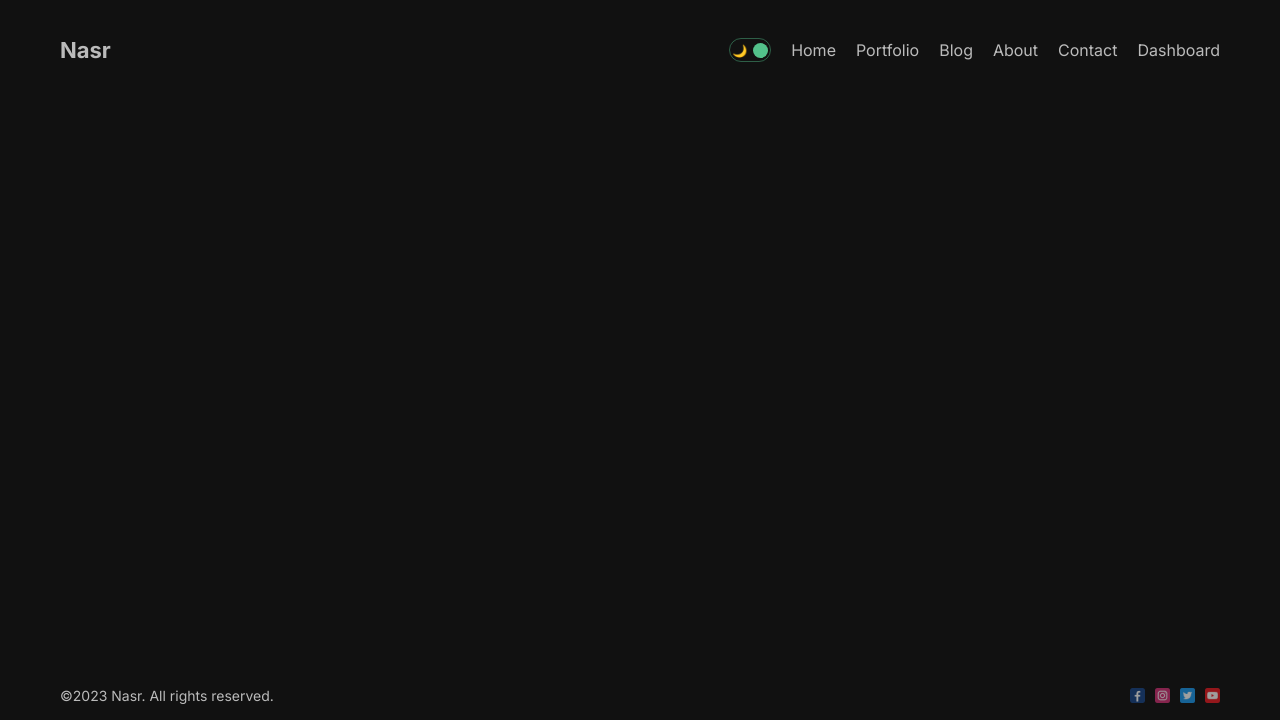
Repository: MoNasr2022/Nast-Blog
Page: /contact
The author's editor kept a copy of each file at every save. The page is drawn from the files as they stood at one save, then again after the next save.
The browser window is 1280 px wide. The pictures show the whole page.
The page's requests for data from a server got no answer. The project was rebuilt for these pictures with package versions that can differ from the ones it lists, and the page was loaded fresh each time. The framework's server and built-in components were replaced by stand-ins that run in the browser. No one was signed in, and anything a server would have sent is missing. Also part of the build but not shown: next.config.js, src/app/contact/page.module.css, src/components/Button/button.module.css, src/components/Button/Button.jsx.

Above is the page before, as saved 2023-06-15 13:49:04.

### src/app/layout.js
import Navbar from "@/components/navbar/Navbar";
import "./globals.css";
import { Inter, Roboto, Poppins } from "next/font/google";
import Footer from "@/components/footer/Footer";
import { ThemeProvider } from "@/context/ThemeContext";
import AuthProvider from "@/components/AuthProvider/AuthProvider";

const inter = Inter({ subsets: ["latin"] });

export const metadata = {
  title: "Nasr Blog",
  description: "This is the description",
};

export default function RootLayout({ children }) {
  return (
    <html lang="en">
      <body className={inter.className}>
        <ThemeProvider>
          <AuthProvider>
            <div className="container">
              <Navbar />
              {children}
              <Footer />
            </div>
          </AuthProvider>
        </ThemeProvider>
      </body>
    </html>
  );
}

### src/app/contact/page.jsx
import React from "react";
import styles from "./page.module.css";
import Image from "next/image";
import Button from "@/components/Button/Button";

export const metadata = {
  title: "Lama Dev Contact Information",
  description: "This is Contact Page",
};

const Contact = () => {
  return (
    // <div className={styles.container}>
    //   <h1 className={styles.title}>Let's Keep in Touch</h1>
    //   <div className={styles.content}>
    //     <div className={styles.imgContainer}>
    //       <Image
    //         src="/contact.png"
    //         alt=""
    //         fill={true}
    //         className={styles.image}
    //       />
    //     </div>
    //     <form className={styles.form}>
    //       <input type="text" placeholder="name" className={styles.input} />
    //       <input type="text" placeholder="email" className={styles.input} />
    //       <textarea
    //         className={styles.textArea}
    //         placeholder="message"
    //         cols="30"
    //         rows="10"
    //       ></textarea>
    //       <Button url="#" text="Send"/>
    //     </form>
    //   </div>
    // </div>
    <div className={styles.container}>
      <h1 className="styles.title"></h1>
      <div ></div>
    </div>
  );
};

export default Contact;

### src/components/navbar/Navbar.jsx
"use client";

import Link from "next/link";
import React from "react";
import styles from "./navbar.module.css";
import DarkModeToggle from "../DarkModeToggle/DarkModeToggle";
import { signOut, useSession } from "next-auth/react";

const links = [
  {
    id: 1,
    title: "Home",
    url: "/",
  },
  {
    id: 2,
    title: "Portfolio",
    url: "/portfolio",
  },
  {
    id: 3,
    title: "Blog",
    url: "/blog",
  },
  {
    id: 4,
    title: "About",
    url: "/about",
  },
  {
    id: 5,
    title: "Contact",
    url: "/contact",
  },
  {
    id: 6,
    title: "Dashboard",
    url: "/dashboard",
  },
];

const Navbar = () => {
  const session = useSession();

  return (
    <div className={styles.container}>
      <Link href="/" className={styles.logo}>
        Nasr
      </Link>
      <div className={styles.links}>
        <DarkModeToggle />
        {links.map((link) => (
          <Link key={link.id} href={link.url} className={styles.link}>
            {link.title}
          </Link>
        ))}
        {session.status === "authenticated" && (
          <button className={styles.logout} onClick={signOut}>
            Logout
          </button>
        )}
      </div>
    </div>
  );
};

export default Navbar;

### src/components/footer/Footer.jsx
import React from "react";
import styles from "./footer.module.css";
import Image from "next/image";

const Footer = () => {
  return (
    <div className={styles.container}>
      <div>©2023 Nasr. All rights reserved.</div>
      <div className={styles.social}>
        <Image src="/1.png" width={15} height={15} className={styles.icon} alt="Nasr Facebook Account" />
        <Image src="/2.png" width={15} height={15} className={styles.icon} alt="Nasr" />
        <Image src="/3.png" width={15} height={15} className={styles.icon} alt="Nasr" />
        <Image src="/4.png" width={15} height={15} className={styles.icon} alt="Nasr" />
      </div>
    </div>
  );
};

export default Footer;

Loaded but not shown: src/app/globals.css (common file); src/context/ThemeContext.js (common file); src/components/AuthProvider/AuthProvider.jsx (common file); src/components/navbar/navbar.module.css (common file); src/components/DarkModeToggle/DarkModeToggle.jsx (common file); src/components/footer/footer.module.css (common file); src/components/DarkModeToggle/darkModeToggle.module.css (common file)

After the next save:
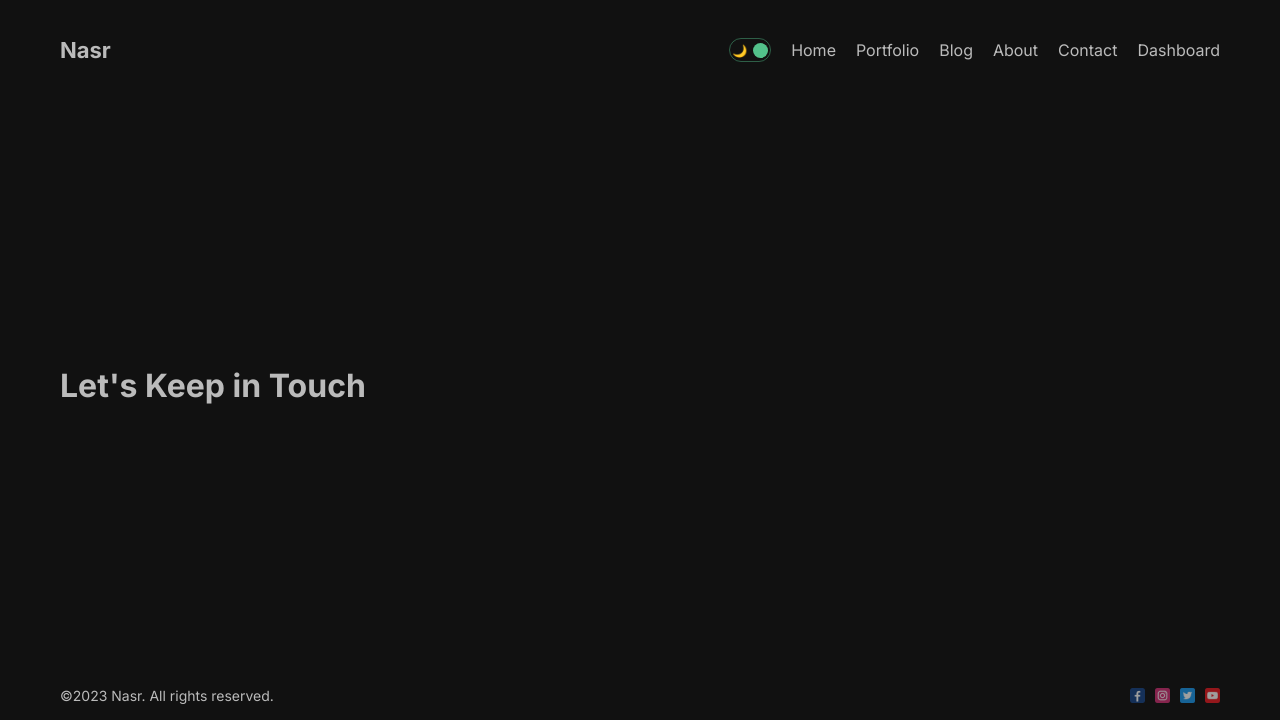
Saved 7 s later.
--- a/src/app/contact/page.jsx
+++ b/src/app/contact/page.jsx
@@ -35,8 +35,8 @@ const Contact = () => {
     //   </div>
     // </div>
     <div className={styles.container}>
-      <h1 className="styles.title"></h1>
-      <div ></div>
+      <h1 className="styles.title">Let's Keep in Touch</h1>
+      <div></div>
     </div>
   );
 };
